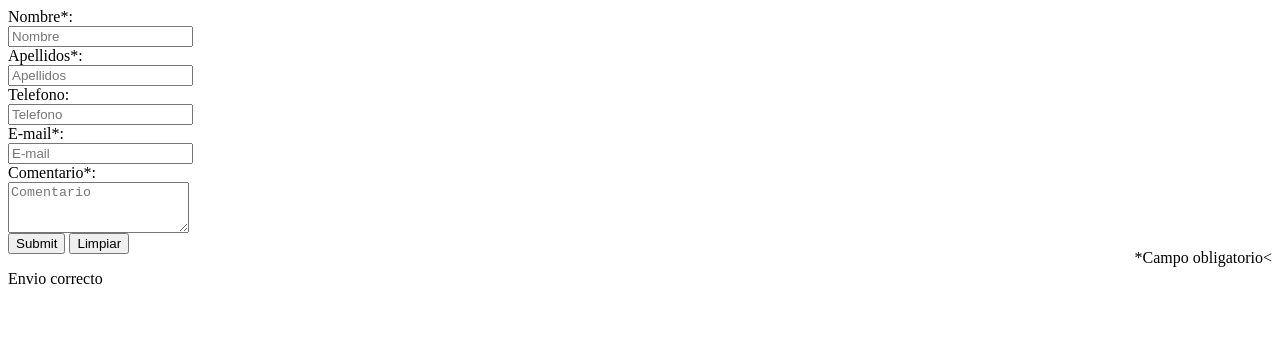
Repository: DiegoGodoy/atletiblue
Page: app/views/contacto.html
The author's editor kept a record of every edit. The page is drawn from the files as they stood at one moment, then again after the next edit.
The browser window is 1280 px wide. The pictures show the whole page.

Above is the page before.

### app/views/contacto.html
<div ng-controller="ContactoCtrl" class="container" >
        <div class="row">

            <div class="col-md-12">
                <div class="panel">
                    <div class="panel-body">
                        <div>
                        <h2 ¿Quieres saber más a cerca de nosotros? ¿Quieres formar parte de nuestro equipo? No dudes en ponerte en contacto con nosotros!</h2>
                        </div>

                        <div>
                        <form name="miFormulario" class="form-horizontal" nonvalidate ng-submit="add(user)" onsubmit="this.reset()">

                            <div class="form-group">
                                <label class="control-label col-xs-3">Nombre*:</label>
                                <div class="col-xs-9">
                                    <input type="text" class="form-control" placeholder="Nombre" required ng-model="user.nombre">
                                </div>
                            </div>
                            <div class="form-group">
                                <label class="control-label col-xs-3">Apellidos*:</label>
                                <div class="col-xs-9">
                                    <input type="text" class="form-control" placeholder="Apellidos" required ng-model="user.apellido">
                                </div>
                            </div>
                            <div class="form-group">
                                <label class="control-label col-xs-3" >Telefono:</label>
                                <div class="col-xs-9">
                                    <input type="tel" class="form-control" placeholder="Telefono" ng-minlength=9 ng-maxlength=9 ng-model="user.telefono">
                                </div>
                            </div>

                             <div class="form-group">
                                <label class="control-label col-xs-3" >E-mail*:</label>
                                <div class="col-xs-9">
                                    <input type="email" class="form-control" placeholder="E-mail" required ng-model="user.email">
                                </div>
                            </div>

                            <div class="form-group">
                                <label class="control-label col-xs-3">Comentario*:</label>
                                <div class="col-xs-9">
                                    <textarea rows="3" class="form-control" placeholder="Comentario" required ng-model="user.comentario"></textarea>
                                </div>
                            </div>
                            <p style="float: right;">*Campo obligatorio<

                            <br>
                            <div class="form-group">
                                <div class="col-xs-offset-3 col-xs-9">
                                    <input type="submit" class="btn btn-primary" class="btn btn-primary" data-toggle="modal" data-target=".bs-example-modal-sm"
                                        onclick=form.reset ng-disabled="miFormulario.$invalid">
                                    <input type="reset" class="btn btn-default" value="Limpiar">
                                </div>
                            </div>


                            </div>

                            <div class="modal fade bs-example-modal-sm" tabindex="-1" role="dialog" aria-labelledby="mySmallModalLabel" aria-hidden="true">
  <div class="modal-dialog modal-sm">
    <div class="modal-content">
      Envio correcto
    </div>
  </div>
</div>

                        </form>




                    </div>
                </div>
            </div>
            <!--/col-12-->
        </div>
    </div>

After the next edit:
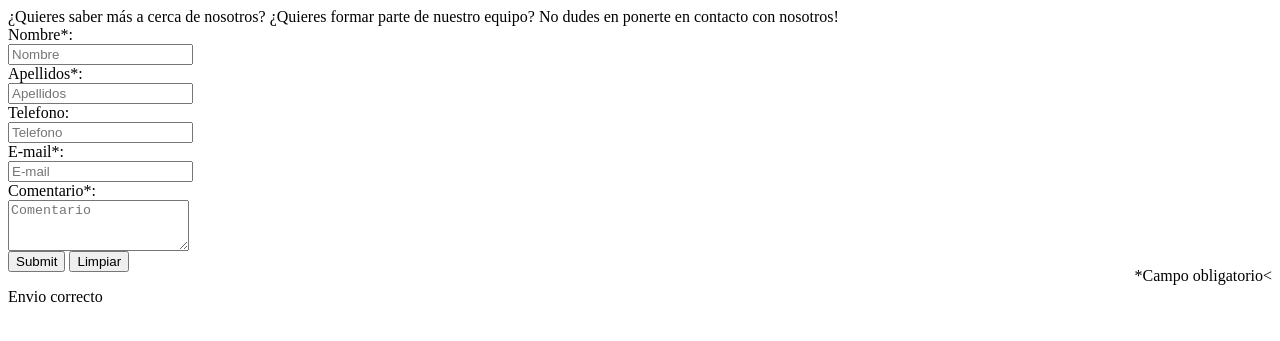
The edit:
--- a/app/views/contacto.html
+++ b/app/views/contacto.html
@@ -5,7 +5,7 @@
                 <div class="panel">
                     <div class="panel-body">
                         <div>
-                        <h2 ¿Quieres saber más a cerca de nosotros? ¿Quieres formar parte de nuestro equipo? No dudes en ponerte en contacto con nosotros!</h2>
+                        <h2></h2> ¿Quieres saber más a cerca de nosotros? ¿Quieres formar parte de nuestro equipo? No dudes en ponerte en contacto con nosotros!</h2>
                         </div>
 
                         <div>
